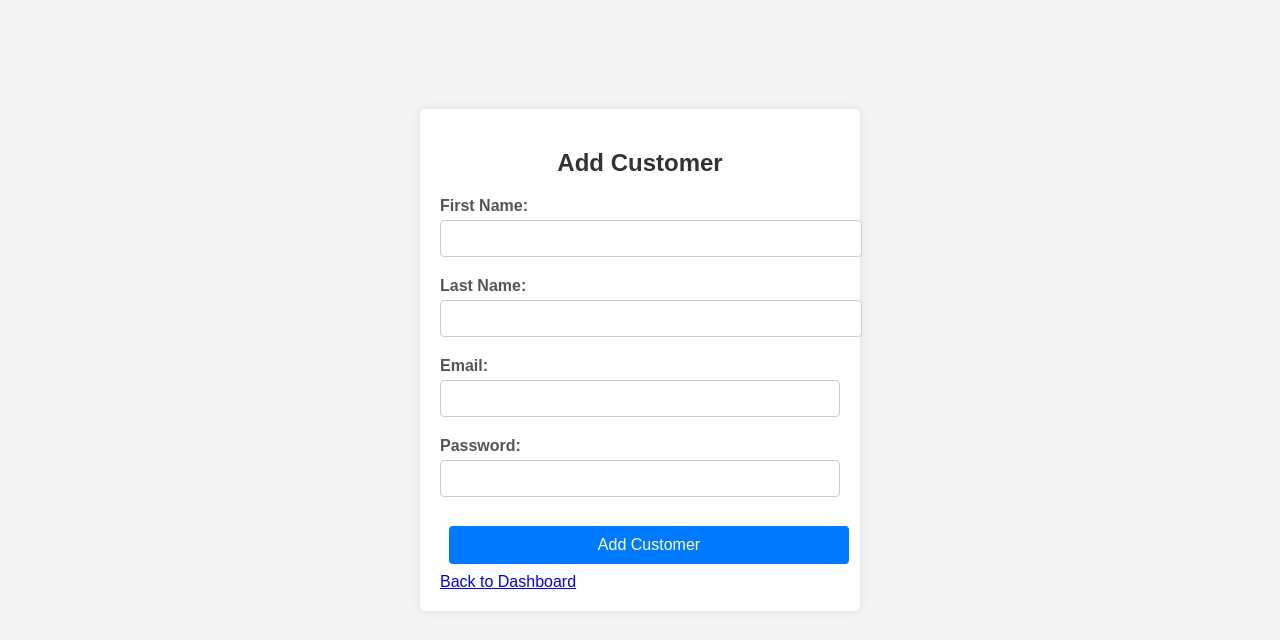
Repository: vinayakGarudi2002/swabhavTrainingProjects
Page: http://localhost/01_banking_application/addCustomer.jsp
The author's editor kept a copy of each file at every save. The page is drawn from the files as they stood at one save, then again after the next save.
The browser window is 1280 px wide. The pictures show the whole page.
The page is served by Tomcat 9. Other server files are loaded and not shown.

Above is the page before, as saved 2024-08-12 11:30:29.

### 01_banking_application/WebContent/addCustomer.jsp
<%@ page language="java" contentType="text/html; charset=UTF-8" pageEncoding="UTF-8"%>
<%@ taglib uri="http://java.sun.com/jsp/jstl/core" prefix="c" %>
<!DOCTYPE html>
<html>
<head>
    <meta charset="UTF-8">
    <title>Add Customer - Banking App</title>
    <link rel="stylesheet" type="text/css" href="static/css/styles.css">
     <style>

    </style>
</head>
<body>
    <div class="form-container">
        <h2>Add Customer</h2>
        <form action="AddCustomerServlet" method="post">
            <label for="firstName">First Name:</label>
            <input type="text" id="firstName" name="firstName" required>

            <label for="lastName">Last Name:</label>
            <input type="text" id="lastName" name="lastName" required>

            <label for="email">Email:</label>
            <input type="email" id="email" name="email" required>

            <label for="password">Password:</label>
            <input type="password" id="password" name="password" required>

            <button type="submit">Add Customer</button>
        </form>

        <!-- Error message -->
        <c:if test="${not empty errorMessage}">
            <div class="error-message">
                <c:out value="${errorMessage}"/>
            </div>
        </c:if>

         <c:if test="${not empty succesMessage}">
            <div class="succes-message">
                <c:out value="${succesMessage}"/>
            </div>
        </c:if>

        <a href="adminDashboard.jsp" class="button">Back to Dashboard</a>
    </div>
</body>
</html>

### 01_banking_application/WebContent/static/css/styles.css
/* styles.css */
body {
    font-family: Arial, sans-serif;
    background-color: #f4f4f4;
    display: flex;
    justify-content: center;
    align-items: center;
    height: 100vh;
    margin: 0;
}

.login-container {
    background-color: #fff;
    padding: 20px;
    border-radius: 5px;
    box-shadow: 0 0 10px rgba(0, 0, 0, 0.1);
    width: 300px;
}

h2 {
    margin-bottom: 20px;
    font-size: 24px;
    color: #333;
    text-align: center;
}

.form-group {
    margin-bottom: 15px;
}

label {
    display: block;
    margin-bottom: 5px;
    color: #555;
}

input[type="email"],
input[type="password"] {
    width: 100%;
    padding: 8px;
    box-sizing: border-box;
    border: 1px solid #ddd;
    border-radius: 4px;
}

button {
    width: 100%;
    padding: 10px;
    background-color: #007bff;
    color: white;
    border: none;
    border-radius: 4px;
    cursor: pointer;
    font-size: 16px;
}

button:hover {
    background-color: #0056b3;
}

.error-message {
    color: red;
    margin-top: 10px;
    text-align: center;
}

/* Additional styles for dashboard */
.dashboard-container {
    background-color: #fff;
    padding: 20px;
    border-radius: 5px;
    box-shadow: 0 0 10px rgba(0, 0, 0, 0.1);
    width: 400px;
    margin: 50px auto;
    text-align: center;
}

.admin-actions {
    list-style-type: none;
    padding: 0;
    margin: 20px 0;
}

.admin-actions li {
    margin: 10px 0;
}

.admin-actions a {
    text-decoration: none;
    color: #007bff;
    font-size: 18px;
}

.admin-actions a:hover {
    text-decoration: underline;
}

button {
    width: 100%;
    padding: 10px;
    background-color: #dc3545;
    color: white;
    border: none;
    border-radius: 4px;
    cursor: pointer;
    font-size: 16px;
    margin-top: 20px;
}

button:hover {
    background-color: #c82333;
}

/* add customer   */
.form-container {
    background-color: #fff;
    padding: 20px;
    border-radius: 5px;
    box-shadow: 0 0 10px rgba(0, 0, 0, 0.1);
    width: 400px;
    margin: 50px auto;
    text-align: left;
}

.form-container h2 {
    text-align: center;
    margin-bottom: 20px;
}

.form-container label {
    display: block;
    margin-bottom: 5px;
    font-weight: bold;
}

.form-container input[type="text"],
.form-container input[type="email"],
.form-container input[type="password"] {
    width: 100%;
    padding: 10px;
    margin-bottom: 20px;
    border: 1px solid #ccc;
    border-radius: 4px;
}

.form-container button {
    width: 100%;
    padding: 10px;
    background-color: #007bff;
    color: white;
    border: none;
    border-radius: 4px;
    cursor: pointer;
    font-size: 16px;
    margin:9px;
}

.form-container button:hover {
    background-color: #0056b3;
}

.error-message {
    color: red;
    font-weight: bold;
    margin-top: 20px;
    text-align: center;
}

.succes-message {
    color: green;
    font-weight: bold;
    margin-top: 20px;
    text-align: center;
}



/*vew all customer  */

  .customer-view-container {
            background-color: #fff;
            padding: 20px;
            border-radius: 5px;
            box-shadow: 0 0 10px rgba(0, 0, 0, 0.1);
            width: 600px;
            margin: 50px auto;
        }

        .customer-view-container h2 {
            text-align: center;
            margin-bottom: 20px;
            color: #333;
        }

        table {
            width: 100%;
            border-collapse: collapse;
            margin-bottom: 20px;
        }

        table th, table td {
            border: 1px solid #ddd;
            padding: 10px;
            text-align: center;
        }

        table th {
            background-color: #007bff;
            color: white;
        }

        table td {
            background-color: #f9f9f9;
            color: #333;
        }





  .form-container {
            background-color: #fff;
            padding: 20px;
            border-radius: 5px;
            box-shadow: 0 0 10px rgba(0, 0, 0, 0.1);
            width: 400px;
            margin: 50px auto;
        }

        h2 {
            text-align: center;
            margin-bottom: 20px;
            color: #333;
        }

        label {
            display: block;
            margin-bottom: 10px;
            font-weight: bold;
            color: #555;
        }

        select, input[type="text"] {
            width: 100%;
            padding: 10px;
            margin-bottom: 20px;
            border: 1px solid #ccc;
            border-radius: 4px;
        }

        button {
            width: 48%;
            padding: 10px;
            background-color: #007bff;
            color: white;
            border: none;
            border-radius: 4px;
            cursor: pointer;
            font-size: 16px;
        }

        button:hover {
            background-color: #0056b3;
        }

        .error-message {
            color: red;
            font-weight: bold;
            margin-top: 20px;
            text-align: center;
        }

        .success-message {
            color: green;
            font-weight: bold;
            margin-top: 20px;
            text-align: center;
        }

        .buttons-container {
            display: flex;
            justify-content: space-between;
        }

After the next save:
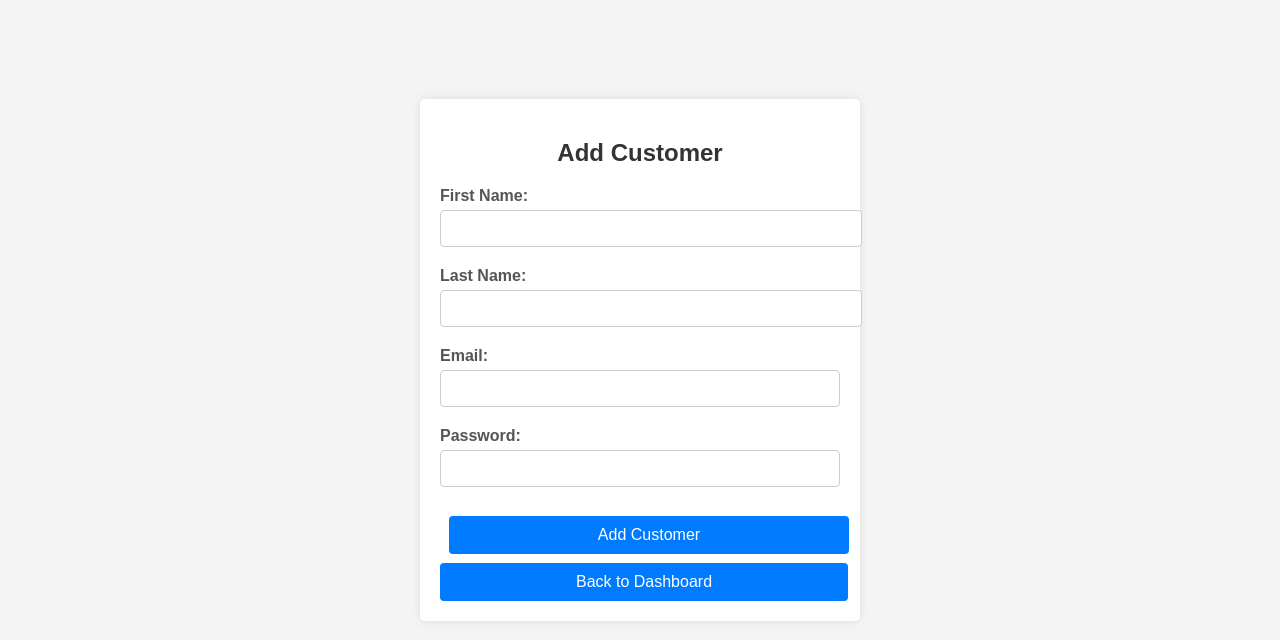
Saved 24 s later.
--- a/01_banking_application/WebContent/addCustomer.jsp
+++ b/01_banking_application/WebContent/addCustomer.jsp
@@ -7,6 +7,22 @@
     <title>Add Customer - Banking App</title>
     <link rel="stylesheet" type="text/css" href="static/css/styles.css">
      <style>
+
+      a {
+            display: block;
+            width: 97%;
+            padding: 10px;
+            background-color: #007bff;
+            color: white;
+            text-align: center;
+            border-radius: 4px;
+            text-decoration: none;
+            font-size: 16px;
+        }
+
+        a:hover {
+            background-color: #0056b3;
+        }
 
     </style>
 </head>
@@ -42,7 +58,7 @@
             </div>
         </c:if>
 
-        <a href="adminDashboard.jsp" class="button">Back to Dashboard</a>
+        <a href="adminDashboard.jsp" class="">Back to Dashboard</a>
     </div>
 </body>
 </html>
